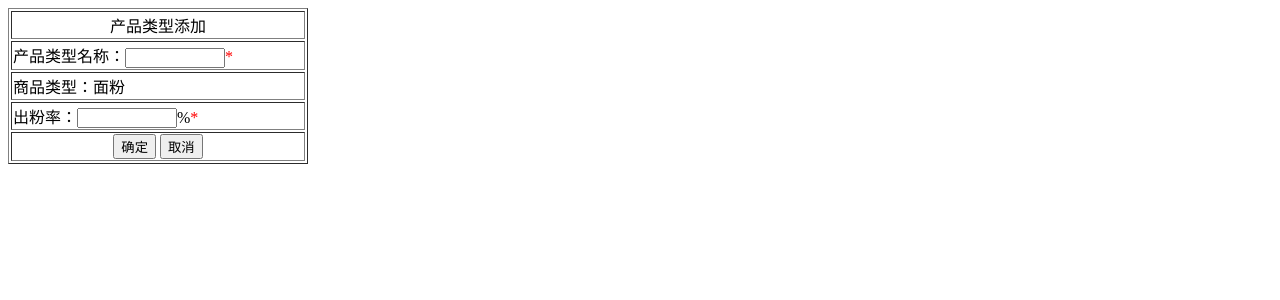
Repository: yuxingyan/OneCrewFlour
Page: http://localhost/Flour/addproduct.jsp
The author's editor kept a copy of each file at every save. The page is drawn from the files as they stood at one save, then again after the next save.
The browser window is 1280 px wide. The pictures show the whole page.
The page is served by Tomcat 9. Nobody is signed in. The application's start-up code is not run.

Above is the page before, as saved 2018-01-10 16:18:32.

After the next save:
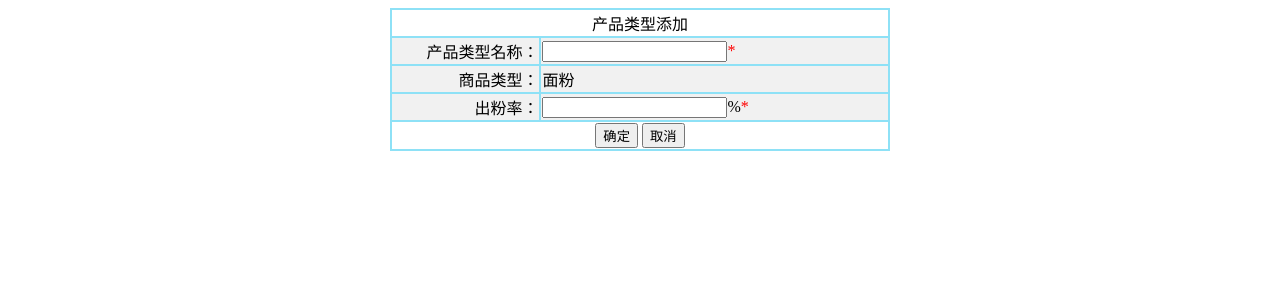
Saved 2 min 5 s later.
--- a/Flour/WebRoot/addproduct.jsp
+++ b/Flour/WebRoot/addproduct.jsp
@@ -53,18 +53,31 @@ String basePath = request.getScheme()+"://"+request.getServerName()+":"+request.
 
   <body>
   <form id="form1"name="form1" action="addproduct">
-    <table border="1" width="300">
-     <tr height="20px"><td align="center" colspan="4" >产品类型添加</td></tr>
-     <tr> <td>产品类型名称：<input name="product.typename"type="text" style="height:20px;width:100px;" id="type"/><font color="#ff0000">*</font></td></tr>
-     <tr height="20px"><td colspan="4" >商品类型：面粉</td></tr>
-      <tr> <td>出粉率：<input name="product.note"type="text" style="height:20px;width:100px;" id="note" />%<font color="#ff0000">*</font></td></tr>
-      <tr><td align="center" colspan="10" >
+
+    <center>
+    <table border="1"  cellspacing="0" width="500px"  bordercolor="#8EE1F6">
+     <tr><td  style="text-align:center"  colspan="2" >产品类型添加</td></tr>
+
+     <tr>
+         <td width="30%"align="right" nowrap="nowrap" bgcolor="#f1f1f1">产品类型名称：</td>
+         <td  bgcolor="#f1f1f1"><input name="product.typename" type="text" id="type"/><font color="#ff0000">*</font></td>
+     </tr>
+     <tr>  <td width="30%" align="right" nowrap="nowrap" bgcolor="#f1f1f1" >商品类型：</td>
+           <td bgcolor="#f1f1f1">面粉</td></tr>
+      <tr>
+      <td width="30%" align="right" nowrap="nowrap" bgcolor="#f1f1f1">出粉率：</td>
+      <td  bgcolor="#f1f1f1"><input name="product.note"type="text" id="note"/>%<font color="#ff0000">*</font>
+      </td>
+      </tr>
+      <tr><td align="center" colspan="2" >
       <input type="button" value="确定" onclick="Check();">
       <button type="button">取消</button>
     </td>
     </tr>
     </table>
+    </center>
     </form>
+
 
   </body>
 </html>
